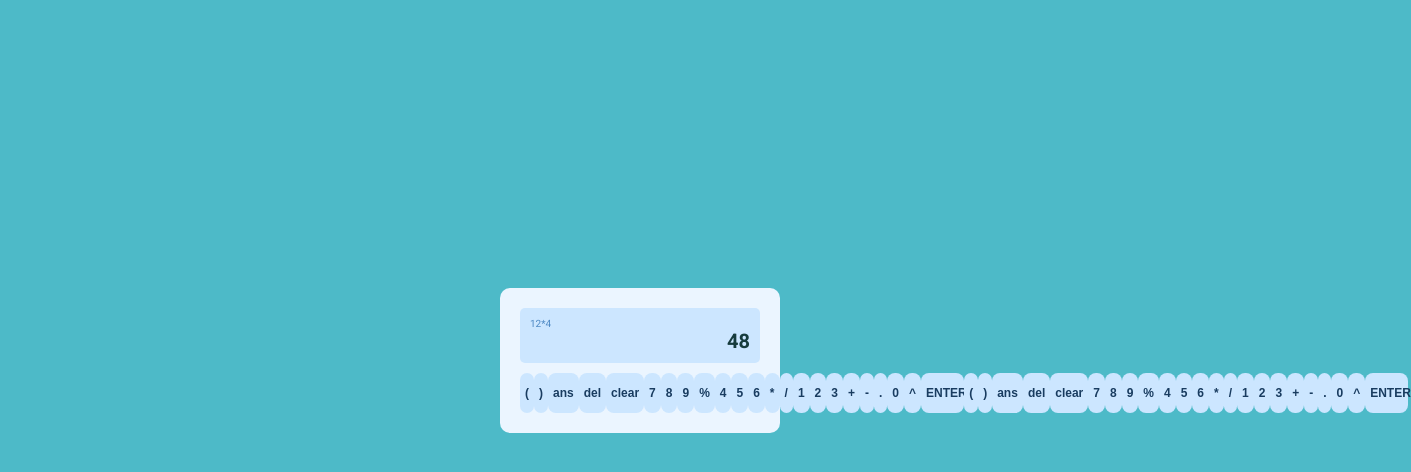
Repository: Herinyhert/Calculate-infix-a-postfix
Page: index.html
These files come from the project's save history. The page is drawn as it stood at one moment and after a run of saves; the edit follows.
The browser window is 1280 px wide. The page is 1411 px wide, so the pictures cover 1411 px, including what lies to the right of the window. The pictures show the whole page.

Above is the page before, as saved 2023-11-02 19:28:11.

After the next 2 saves:
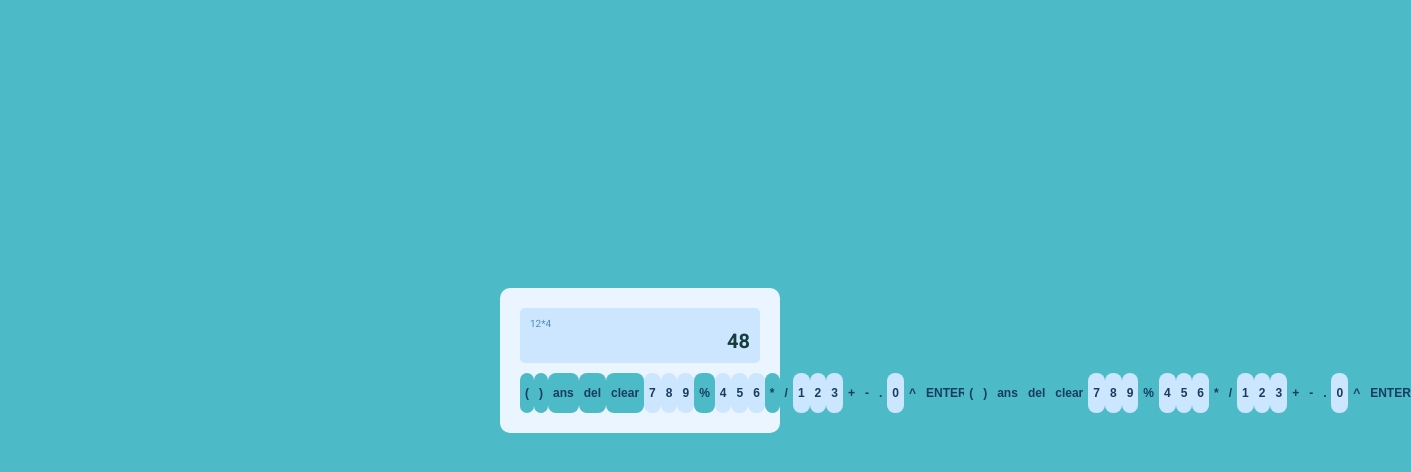
The 2 saves are shown as one change because they came seconds apart.
The last was saved 51 s later.
--- a/css/index.css
+++ b/css/index.css
@@ -49,6 +49,6 @@ body{
     font-size: 12px;
 }
 .dark{
-    background-color: #AJC4FA;
+    background-color: #4dbac8;
     color:#
 }
